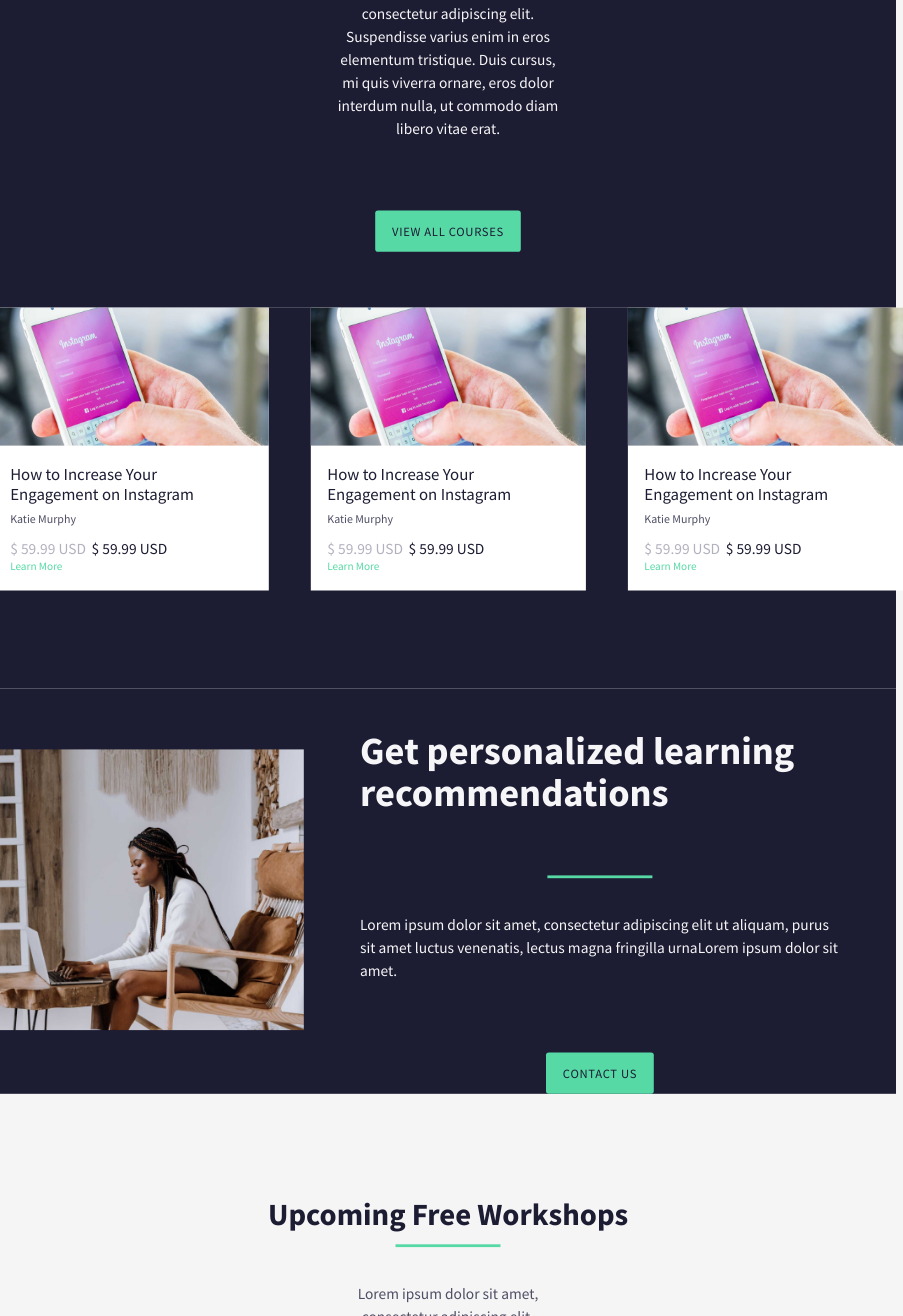
Repository: saidabbasun/skillz
Page: /
These files come from the project's save history. The page is drawn as it stood at one moment and after the next save; the edit follows.
The browser window is 1280 px wide. The page is 1290 px wide, so the pictures cover 1290 px, including what lies to the right of the window. The pictures show the part of the page from y = 1312 to 3192 px (the page is 4604 px tall before and 4454 px after), at 70% of full size.
The project was rebuilt for these pictures with package versions that can differ from the ones it lists, and the page was loaded fresh each time.

Above is the page before, as saved 2022-06-13 14:43:12.

After the next save:
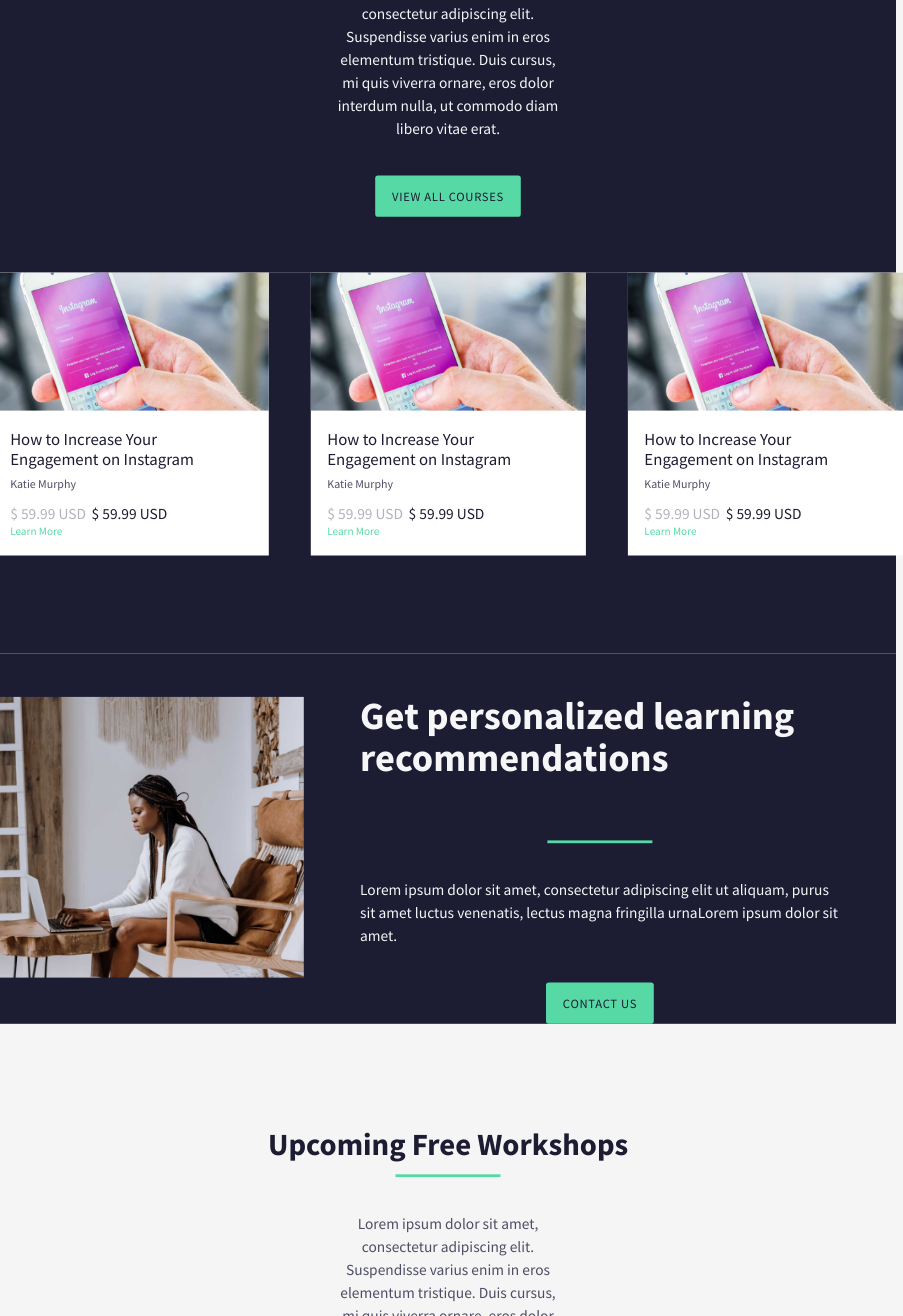
Saved 23 s later.
--- a/src/styles/Home.scss
+++ b/src/styles/Home.scss
@@ -44,7 +44,7 @@ line-height: 27px;
 color: #B2B2BF;
 }
 .homeBtn{
-    margin-top: 50px;
+
     font-weight: 400;
 font-size: 18px;
 line-height: 27px;
